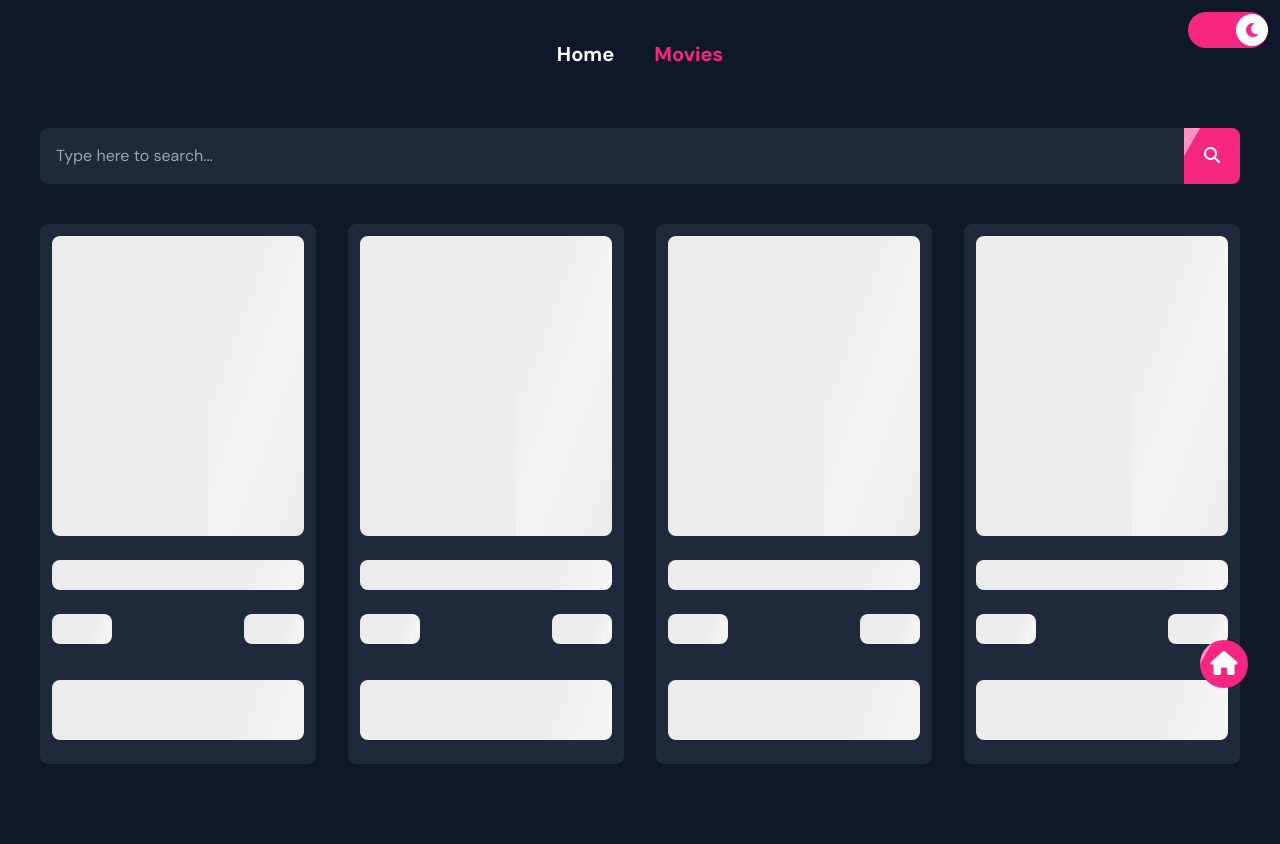
Repository: Linhyum/react-simple-movie
Page: /movies
The author's editor kept a copy of each file at every save. The page is drawn from the files as they stood at one save, then again after the next save.
The browser window is 1280 px wide. The pictures show the whole page.
The page's requests for data from a server got no answer. The project was rebuilt for these pictures with package versions that can differ from the ones it lists, and the page was loaded fresh each time. No one was signed in, and anything a server would have sent is missing. Also part of the build but not shown: src/components/button/Button.js.

Above is the page before, as saved 2023-04-02 21:11:06.

### public/index.html
<!DOCTYPE html>
<html lang="en">
    <head>
        <meta charset="utf-8" />
        <link rel="icon" href="%PUBLIC_URL%/favicon.ico" />
        <meta name="viewport" content="width=device-width, initial-scale=1" />
        <meta name="theme-color" content="#000000" />
        <meta name="description" content="Web site created using create-react-app" />
        <link rel="apple-touch-icon" href="%PUBLIC_URL%/logo192.png" />
        <!--
      manifest.json provides metadata used when your web app is installed on a
      user's mobile device or desktop. See https://developers.google.com/web/fundamentals/web-app-manifest/
    -->
        <link rel="manifest" href="%PUBLIC_URL%/manifest.json" />
        <link
            rel="stylesheet"
            href="https://cdnjs.cloudflare.com/ajax/libs/font-awesome/6.4.0/css/all.min.css"
            integrity="sha512-iecdLmaskl7CVkqkXNQ/ZH/XLlvWZOJyj7Yy7tcenmpD1ypASozpmT/E0iPtmFIB46ZmdtAc9eNBvH0H/ZpiBw=="
            crossorigin="anonymous"
            referrerpolicy="no-referrer"
        />
        <!--
      Notice the use of %PUBLIC_URL% in the tags above.
      It will be replaced with the URL of the `public` folder during the build.
      Only files inside the `public` folder can be referenced from the HTML.

      Unlike "/favicon.ico" or "favicon.ico", "%PUBLIC_URL%/favicon.ico" will
      work correctly both with client-side routing and a non-root public URL.
      Learn how to configure a non-root public URL by running `npm run build`.
    -->
        <title>React App</title>
    </head>
    <body>
        <noscript>You need to enable JavaScript to run this app.</noscript>
        <div id="root"></div>
        <!--
      This HTML file is a template.
      If you open it directly in the browser, you will see an empty page.

      You can add webfonts, meta tags, or analytics to this file.
      The build step will place the bundled scripts into the <body> tag.

      To begin the development, run `npm start` or `yarn start`.
      To create a production bundle, use `npm run build` or `yarn build`.
    --></body>
</html>

### src/index.js
import React from "react";
import ReactDOM from "react-dom/client";
import "./index.scss";
import App from "./App";
import reportWebVitals from "./reportWebVitals";
import { BrowserRouter } from "react-router-dom";

const root = ReactDOM.createRoot(document.getElementById("root"));
root.render(
    <React.StrictMode>
        <BrowserRouter>
            <App />
        </BrowserRouter>
    </React.StrictMode>
);

// If you want to start measuring performance in your app, pass a function
// to log results (for example: reportWebVitals(console.log))
// or send to an analytics endpoint. Learn more: https://bit.ly/CRA-vitals
reportWebVitals();

### src/index.scss
@tailwind base;
@tailwind components;
@tailwind utilities;
@import url("https://fonts.googleapis.com/css2?family=DM+Sans:wght@400;500;700&display=swap");

@layer base {
    body.dark {
        @apply bg-slate-900 font-body px-5 text-white;
    }

    body {
        @apply bg-white text-slate-900;
        transition: all linear 0.3s;
    }
    body input {
        @apply text-white;
    }

    .pagination {
        display: flex;
        align-items: center;
        justify-content: center;
        column-gap: 30px;
        font-size: 22px;
        font-weight: 500;
    }

    .pagination .active {
        @apply text-primary;
    }

    @media (max-width: 639px) {
        .moive-page {
            @apply grid-cols-1;
        }
    }

    :root {
        --swiper-theme-color: #f62682 !important;
        --swiper-pagination-bullet-inactive-color: #aaa !important;
        --swiper-pagination-bullet-inactive-opacity: 1;
    }
    .swiper-button-prev,
    .swiper-button-next {
        position: absolute !important;
        top: 50% !important;
        width: 60px !important;
        height: 60px !important;
        margin-top: -12.5px !important;
        z-index: 10 !important;
        cursor: pointer !important;
        border-radius: 50% !important;
        background: rgb(204, 204, 204, 0.7) !important;
        transition: all 0.3s ease !important;
        display: flex;
        justify-content: center !important;
        align-items: center !important;
        font-weight: 700 !important;
    }

    .swiper-button-prev {
        left: 0;
    }

    .swiper-button-next {
        right: 0;
    }

    .swiper-button-prev:hover,
    .swiper-button-next:hover {
        background: rgb(204, 204, 204) !important;
    }
    .movie-list .swiper-pagination {
        display: none;
    }

    @media (max-width: 1023px) {
        .banner .swiper-pagination {
            display: none !important;
        }
    }
    .skeleton {
        background-color: #eee;
        background-image: linear-gradient(110deg, #ececec 8%, #f5f5f5 18%, #ececec 33%);
        background-size: 200% 100%;
        animation: 1.5s shine linear infinite;
    }
    @keyframes shine {
        to {
            background-position-x: -200%;
        }
    }
    /* Tạo thanh cuộn */
    body::-webkit-scrollbar {
        width: 10px;
    }

    /* Tạo màu nền cho thanh cuộn */
    body::-webkit-scrollbar-track {
        background-color: #eee;
    }

    /* Tạo màu cho thanh cuộn */
    body::-webkit-scrollbar-thumb {
        background-color: #f62682;
        border-radius: 5px;
    }
    button {
        position: relative;
        overflow: hidden;
        transition: all 0.3s ease-in-out;
    }

    button:before {
        content: "";
        position: absolute;
        top: 0;
        left: -100%;
        width: 100%;
        height: 100%;
        background-color: rgba(255, 255, 255, 0.5);
        transform: skewX(-30deg);
        transition: all 0.3s ease-in-out;
    }

    button:hover:before {
        left: 0;
    }

    button:hover {
        @apply bg-blue-600;
    }
    button:hover div {
        @apply text-blue-600;
    }
    button div {
        transition: all 0.3s ease-in-out;
    }
}

@layer components {
    .page-container {
        max-width: 1200px;
        @apply mx-auto;
    }
    .movie-list .swiper-slide {
        width: 270px;
    }
    .banner .swiper {
        height: 100%;
    }
    .trailer iframe {
        width: 100%;
        height: 100%;
    }
}

### src/App.js
import { Route, Routes } from "react-router-dom";
import Main from "./components/layout/Main";
// import HomePage from "./pages/HomePage";
// import MovieDetailsPage from "./pages/MovieDetailsPage";
// import MoviePage from "./pages/MoviePage";
import { lazy, Suspense } from "react";

const HomePage = lazy(() => import("./pages/HomePage"));
const MoviePage = lazy(() => import("./pages/MoviePage"));
const MovieDetailsPage = lazy(() => import("./pages/MovieDetailsPage"));

function App() {
    return (
        <Suspense fallback={<></>}>
            <Routes>
                <Route element={<Main></Main>}>
                    <Route path="/" element={<HomePage></HomePage>}></Route>
                    <Route path="/movies" element={<MoviePage></MoviePage>}></Route>
                    <Route
                        path="/movies/:slug"
                        element={<MovieDetailsPage></MovieDetailsPage>}
                    ></Route>
                </Route>
            </Routes>
        </Suspense>
    );
}

export default App;

### src/components/layout/Main.js
import React from "react";
import Header from "./Header";
import { Outlet } from "react-router-dom";
const Main = () => {
    return (
        <>
            <Header></Header>
            <Outlet></Outlet>
        </>
    );
};

export default Main;

### src/pages/MoviePage.js
import React, { useEffect, useRef, useState } from "react";
import useSWR from "swr";
import MovieCard, { MovieCardSkeleton } from "../components/movie/MovieCard";
import { fetcher, getMovieList } from "../config";
import ReactPaginate from "react-paginate";
const itemsPerPage = 20;
const MoviePage = () => {
    const [nextPage, setNextPage] = useState(1);
    const [filter, setFilter] = useState("");
    const [url, setUrl] = useState("");
    const input = useRef(null);
    const handleFilterChange = () => {
        setFilter(input.current.value);
    };
    const { data, isLoading } = useSWR(url, fetcher);
    //`https://api.themoviedb.org/3/search/movie/?api_key=9e4dcf244e30611641c2a44c752a2353`
    useEffect(() => {
        if (filter) {
            setUrl(
                `https://api.themoviedb.org/3/search/movie?api_key=9e4dcf244e30611641c2a44c752a2353&query=${filter}&page=${nextPage}`
            );
        } else {
            setUrl(`${getMovieList("popular")}&page=${nextPage}`);
        }
    }, [filter, nextPage]);
    const movies = data?.results || [];

    //pagination
    const [itemOffset, setItemOffset] = useState(0);
    const [pageCount, setPageCount] = useState(0);
    useEffect(() => {
        if (!data || !data.total_results) return;
        setPageCount(Math.ceil(data.total_results / itemsPerPage));
    }, [data, itemOffset]);

    const handlePageClick = (e) => {
        const newOffset = (e.selected * itemsPerPage) % data.total_results;
        setItemOffset(newOffset);
        setNextPage(e.selected + 1);
    };

    return (
        <div className="page-container ">
            <form
                onSubmit={(e) => e.preventDefault()}
                className="flex mb-10 rounded-lg overflow-hidden"
            >
                <div className="flex-1">
                    <input
                        type="text"
                        className="w-full p-4 bg-slate-800 outline-none "
                        placeholder="Type here to search..."
                        ref={input}
                    />
                </div>
                <button
                    type="submit"
                    onClick={handleFilterChange}
                    className="py-4 px-5 bg-primary "
                >
                    <i class="fa-solid fa-magnifying-glass"></i>
                </button>
            </form>
            {!isLoading && (
                <div className="grid grid-cols-4 gap-x-8">
                    <MovieCardSkeleton></MovieCardSkeleton>
                    <MovieCardSkeleton></MovieCardSkeleton>
                    <MovieCardSkeleton></MovieCardSkeleton>
                    <MovieCardSkeleton></MovieCardSkeleton>
                </div>
            )}
            <div className="moive-page grid sm:grid-cols-1 md:grid-cols-2 lg:grid-cols-3 xl:grid-cols-4 2xl:grid-cols-5 gap-[30px] mb-20">
                {!isLoading &&
                    movies.length > 0 &&
                    movies.map((item) => <MovieCard key={item.id} info={item}></MovieCard>)}
            </div>
            <div className="my-10">
                <ReactPaginate
                    pageCount={pageCount} // Tổng số trang
                    marginPagesDisplayed={1} // Số lượng trang được hiển thị trước và sau trang hiện tại
                    pageRangeDisplayed={1} // Số lượng trang được hiển thị trong phân đoạn paginate
                    breakLabel="..."
                    nextLabel={<i class="fa-solid fa-chevron-right"></i>}
                    onPageChange={handlePageClick}
                    previousLabel={<i class="fa-solid fa-chevron-left"></i>}
                    renderOnZeroPageCount={null}
                    containerClassName={"pagination"} // Class cho container của paginate
                    activeClassName={"active"} // Class cho trang hiện tại
                />
            </div>
        </div>
    );
};

export default MoviePage;

### src/components/layout/Header.js
import React, { useState } from "react";
import { NavLink } from "react-router-dom";

const Header = () => {
    const [dark, setDark] = useState(true);
    const active = ({ isActive }) => isActive && "text-primary";
    const handleClick = () => {
        window.scrollTo({ top: 0, behavior: "smooth" });
    };
    if (dark) {
        document.body.classList.add("dark");
    } else {
        document.body.classList.remove("dark");
    }
    return (
        <>
            <header className="header text-xl font-semibold flex items-center justify-center gap-x-10  py-10 mb-5">
                <NavLink to={"/"} className={active}>
                    Home
                </NavLink>
                <NavLink to={"/movies"} className={active}>
                    Movies
                </NavLink>
            </header>
            <button
                className="fixed z-50 bottom-8 right-8  w-12 h-12 rounded-full bg-primary text-2xl"
                onClick={handleClick}
            >
                <i class="fa-solid fa-house"></i>
            </button>
            <div className="fixed top-3 right-3 z-50">
                <div
                    className={`relative transition-all duration-300 w-20 h-9 flex items-center cursor-pointer rounded-full ${
                        dark ? "bg-primary" : "bg-slate-400"
                    } `}
                    onClick={() => setDark(!dark)}
                >
                    <div
                        className={`absolute flex items-center justify-center transition-all duration-300 w-8 h-8 rounded-full  ${
                            dark ? "left-full -translate-x-full bg-white" : "left-0 bg-primary"
                        }`}
                    >
                        <i
                            className={`${
                                dark
                                    ? "fa-solid fa-moon text-primary"
                                    : "fa-solid fa-sun text-white"
                            }`}
                        ></i>
                    </div>
                </div>
            </div>
        </>
    );
};

export default Header;

### src/components/movie/MovieCard.js
import React from "react";
import { useNavigate } from "react-router-dom";
import Button from "../button/Button";

import { getImg } from "../../config";
import { withErrorBoundary } from "react-error-boundary";
import LoadingSkeleton from "../LoadingSkeleton";
const MovieCard = ({ info }) => {
    const navigate = useNavigate();
    return (
        <div className="movie-card text-white hover:shadow-lg hover:shadow-primary transition-all duration-300 rounded-lg p-3 bg-slate-800 select-none">
            <img
                src={getImg(info.poster_path)}
                alt=""
                className="object-cover w-full h-[350px] rounded-lg mb-5"
            />
            <h3 title={info.title} className="text-xl font-bold mb-3 truncate">
                {info.title}
            </h3>
            <div className="flex items-center justify-between text-sm  mb-7">
                <span className="opacity-50">{new Date(info.release_date).getFullYear()}</span>
                <div className="flex items-center gap-x-2">
                    <span className="opacity-50">{info.vote_average.toFixed(1)}</span>
                    <div className="text-yellow-400">
                        <i class="fa-solid fa-star"></i>
                    </div>
                </div>
            </div>
            <Button onclick={() => navigate(`/movies/${info.id}`)} title={"Watch now"}></Button>
        </div>
    );
};

function FallbackComponent() {
    return <p className="text-red-500 bg-red-200">Something went wrong with this component</p>;
}

export default withErrorBoundary(MovieCard, {
    FallbackComponent,
});

export function MovieCardSkeleton() {
    return (
        <div className="movie-card text-white hover:shadow-lg hover:shadow-primary transition-all duration-300 rounded-lg p-3 bg-slate-800 select-none">
            <LoadingSkeleton height="300px" radius="8px"></LoadingSkeleton>
            <div className="my-6">
                <LoadingSkeleton height="30px" radius="8px"></LoadingSkeleton>
            </div>
            <div className="flex items-center justify-between text-sm mt-6 mb-6">
                <LoadingSkeleton height="30px" width="60px" radius="8px"></LoadingSkeleton>
                <div className="flex items-center gap-x-2">
                    <LoadingSkeleton height="30px" width="60px" radius="8px"></LoadingSkeleton>
                </div>
            </div>
            <div className="py-3 text-white flex items-center justify-center gap-x-3 rounded-lg w-full text-xl font-bold">
                <LoadingSkeleton height="60px" radius="8px"></LoadingSkeleton>
            </div>
        </div>
    );
}

### src/config.js
const fetcher = (...args) => fetch(...args).then((res) => res.json());
const getMovieList = (type1 = "", type2 = "", type3 = "") =>
    `https://api.themoviedb.org/3${type3}/movie/${type1}${type2}?api_key=9e4dcf244e30611641c2a44c752a2353`;
const getImg = (type) => `https://image.tmdb.org/t/p/original${type}`;
export { fetcher, getMovieList, getImg };

### src/components/LoadingSkeleton.js
import React from "react";

const LoadingSkeleton = (props) => {
    return (
        <div
            className="skeleton"
            style={{
                height: props.height,
                width: props.width || "100%",
                borderRadius: props.radius,
            }}
        ></div>
    );
};

export default LoadingSkeleton;

### tailwind.config.js
/** @type {import('tailwindcss').Config} */
module.exports = {
    content: ["./src/**/*.{js,jsx,ts,tsx}"],
    theme: {
        extend: {
            fontFamily: {
                body: ["DM Sans", "sans-serif"],
            },
            colors: {
                primary: "#f62682",
            },
        },
    },
    plugins: [],
};

Loaded but not shown: src/reportWebVitals.js (common file)

After the next save:
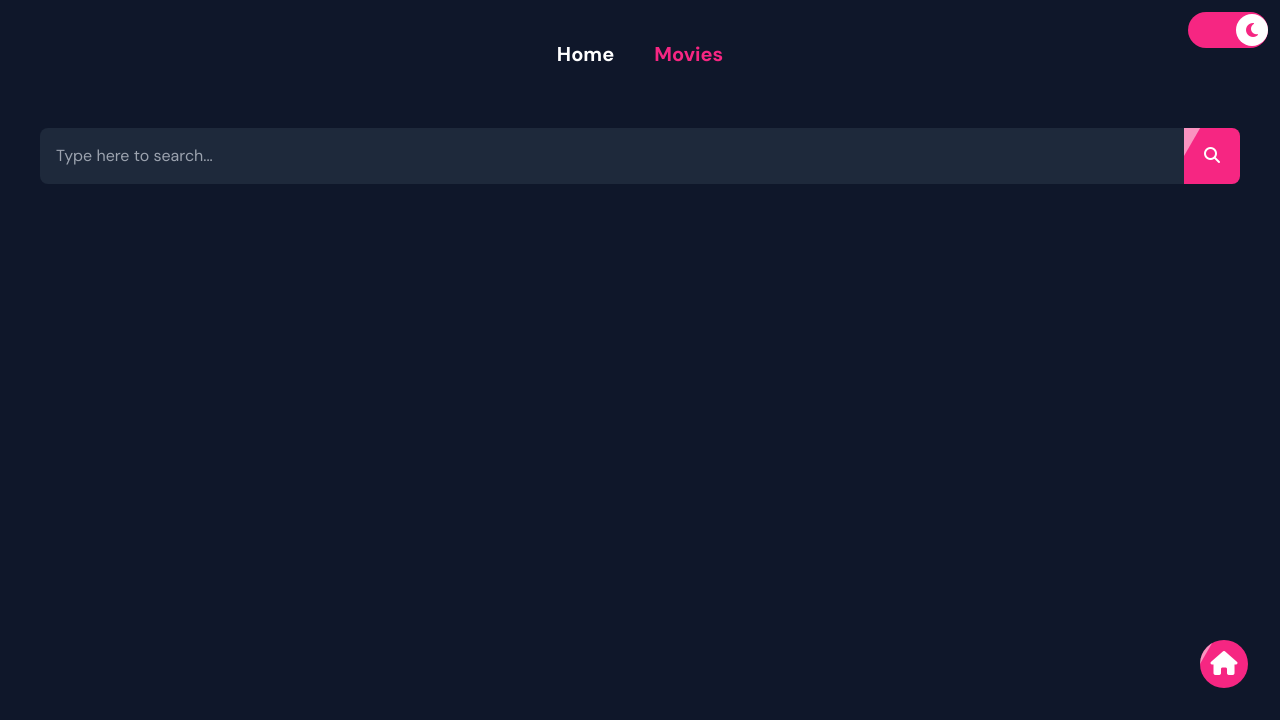
Saved 69 s later.
--- a/src/pages/MoviePage.js
+++ b/src/pages/MoviePage.js
@@ -61,7 +61,7 @@ const MoviePage = () => {
                     <i class="fa-solid fa-magnifying-glass"></i>
                 </button>
             </form>
-            {!isLoading && (
+            {isLoading && (
                 <div className="grid grid-cols-4 gap-x-8">
                     <MovieCardSkeleton></MovieCardSkeleton>
                     <MovieCardSkeleton></MovieCardSkeleton>
